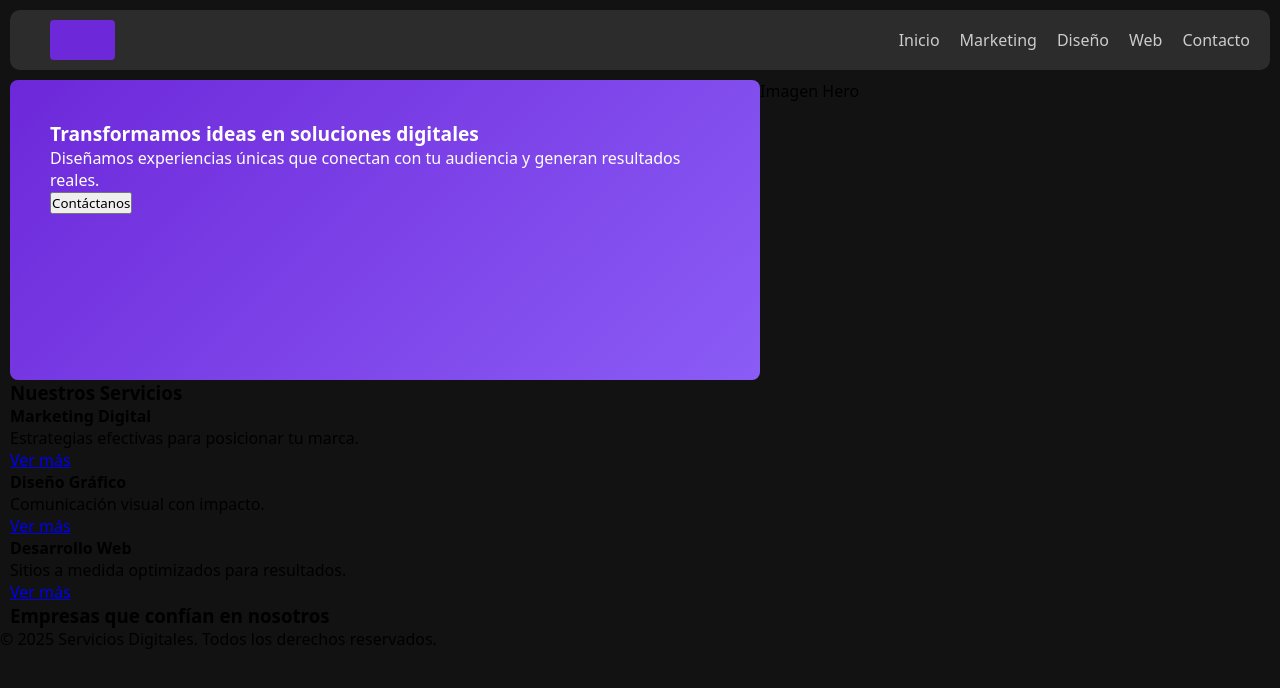
Repository: santinogarrone/TrabajoAgustin
Page: html/index.html
An editor plug-in stored every save of this project. The page is shown before and after the next save, followed by the edit.
The browser window is 1280 px wide. The pictures show the whole page.

Above is the page before, as saved 2025-05-02 12:10:39.

After the next save:
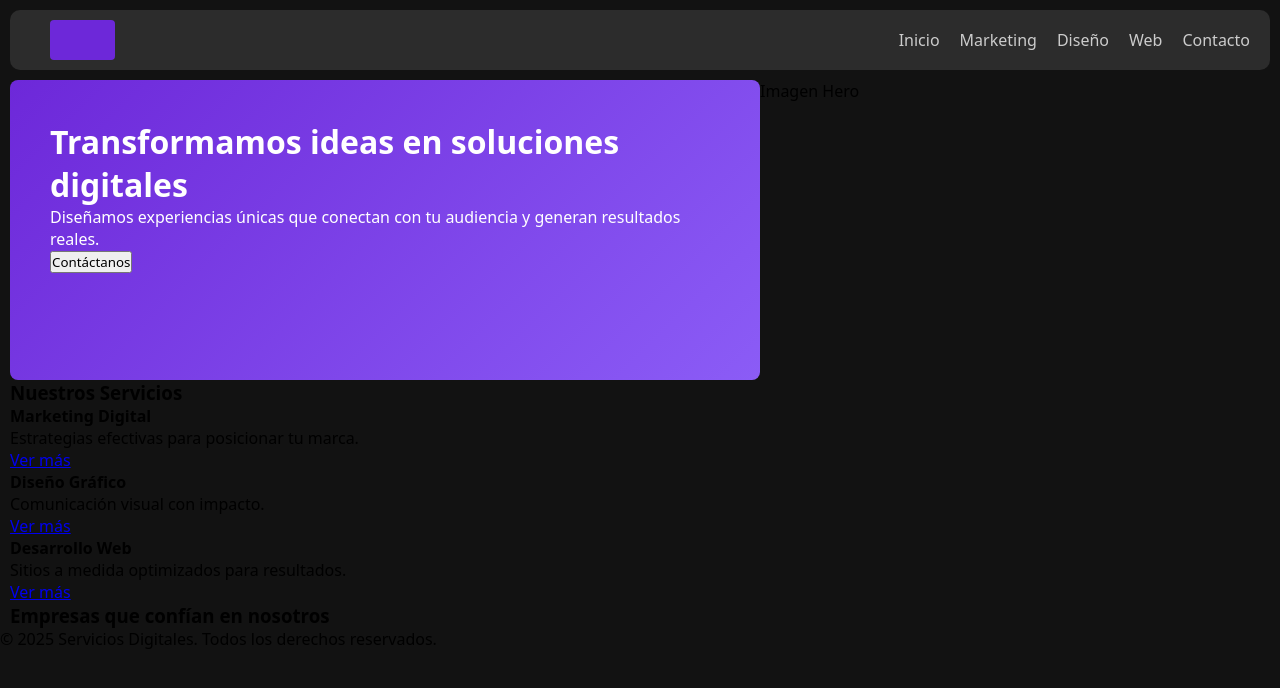
Saved 5 s later.
--- a/css/style.css
+++ b/css/style.css
@@ -78,7 +78,7 @@ header{
   }
 
   .tit-contacto{
-    font-size: 1.2rem;
+    font-size: 2rem;
   }
 
 @media (375px >= width) {
